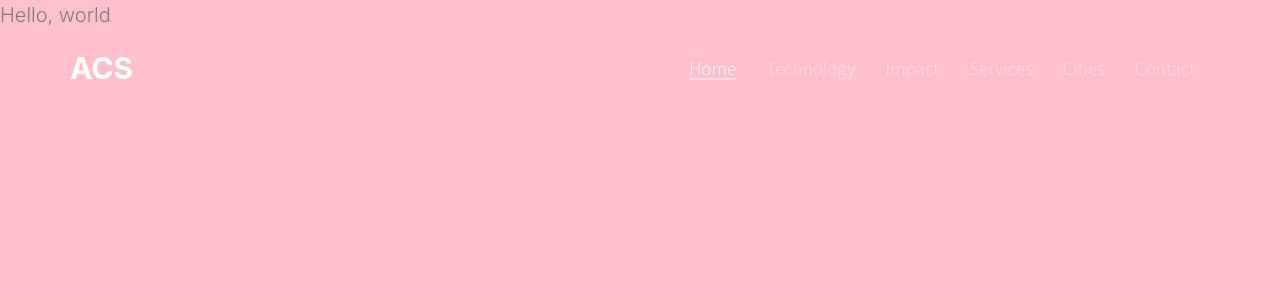
Repository: agarwalrahul-22/acs
Page: /blog
These files come from the project's save history. The page is drawn as it stood at one moment and after the next save; the edit follows.
The browser window is 1280 px wide. The pictures show the whole page.
The project was rebuilt for these pictures with package versions that can differ from the ones it lists, and the page was loaded fresh each time.

Above is the page before, as saved 2022-10-09 15:33:46.

After the next save:
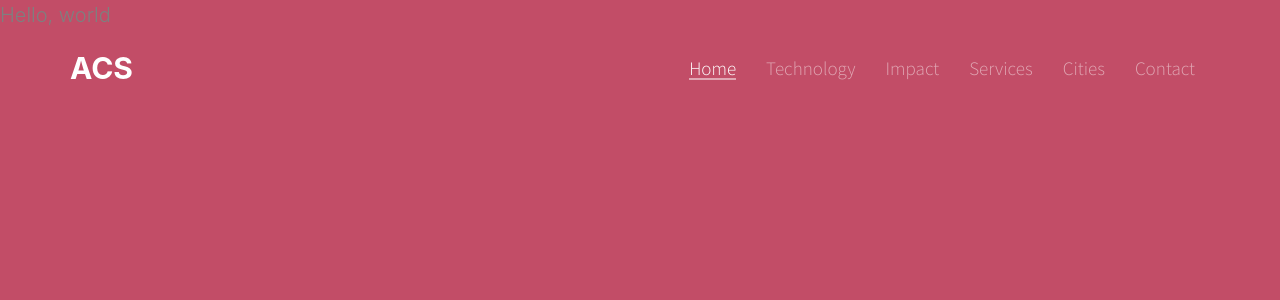
Saved 99 s later.
--- a/src/index.css
+++ b/src/index.css
@@ -3,7 +3,7 @@ body {
   font-family: -apple-system, BlinkMacSystemFont, 'Segoe UI', 'Roboto', 'Oxygen',
     'Ubuntu', 'Cantarell', 'Fira Sans', 'Droid Sans', 'Helvetica Neue',
     sans-serif;
-  background-color: pink;
+  background-color: #c24d67;
   -webkit-font-smoothing: antialiased;
   -moz-osx-font-smoothing: grayscale;
 }
